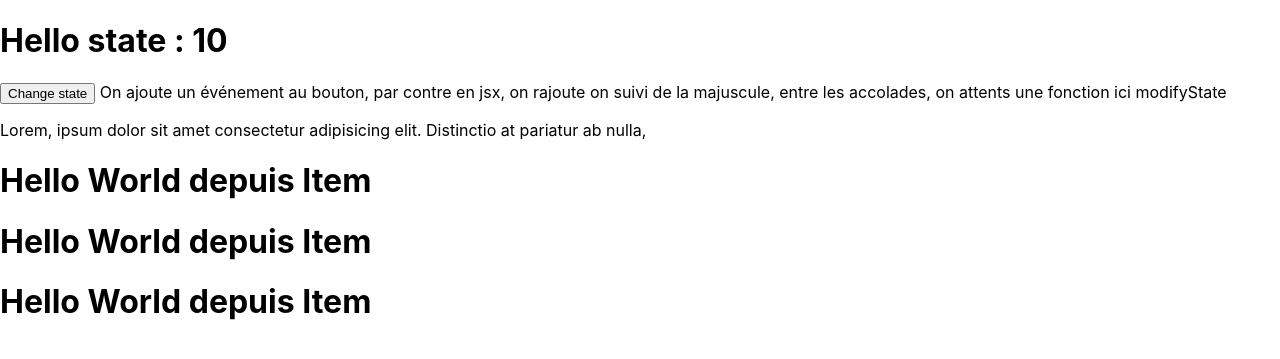
Repository: Michelhof1978/react
Page: / (app in application-react/)
The author's editor kept a copy of each file at every save. The page is drawn from the files as they stood at one save, then again after the next save.
The browser window is 1280 px wide. The pictures show the whole page.
The project was rebuilt for these pictures with package versions that can differ from the ones it lists, and the page was loaded fresh each time.

Above is the page before, as saved 2023-05-14 09:25:25.

After the next save:
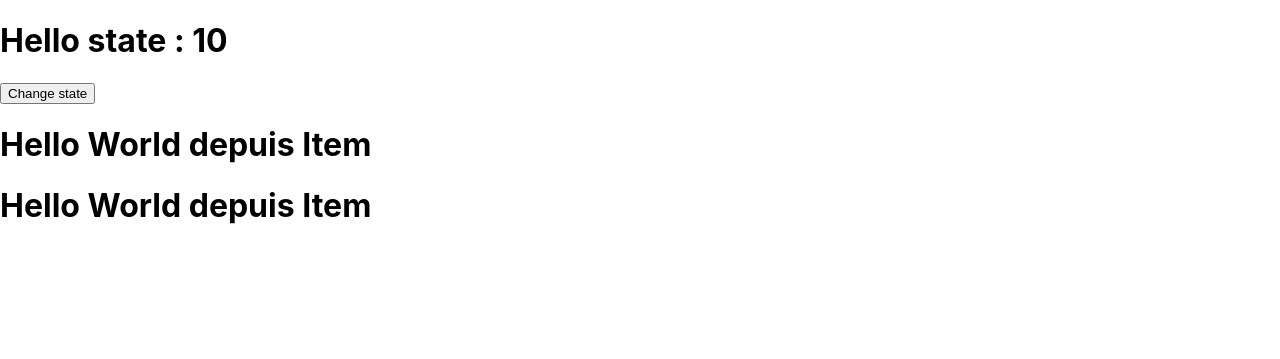
Saved 8 s later.
--- a/application-react/src/App.js
+++ b/application-react/src/App.js
@@ -35,7 +35,7 @@ function App() {//Cette fonction est un composant
 
       <h1>Hello state : {monState} </h1> {/*on affiche les données du state ds le conposant App*/}
 
-      <button onClick={modifyState}>Change state</button> {/**/}On ajoute un événement au bouton, par contre en jsx, on rajoute on suivi de la majuscule, entre les accolades, on attents une fonction ici modifyState
+      <button onClick={modifyState}>Change state</button> {/*On ajoute un événement au bouton, par contre en jsx, on rajoute on suivi de la majuscule, entre les accolades, on attents une fonction ici modifyState
 
       <p>Lorem, ipsum dolor sit amet consectetur adipisicing elit. Distinctio at pariatur ab nulla, </p>
 
